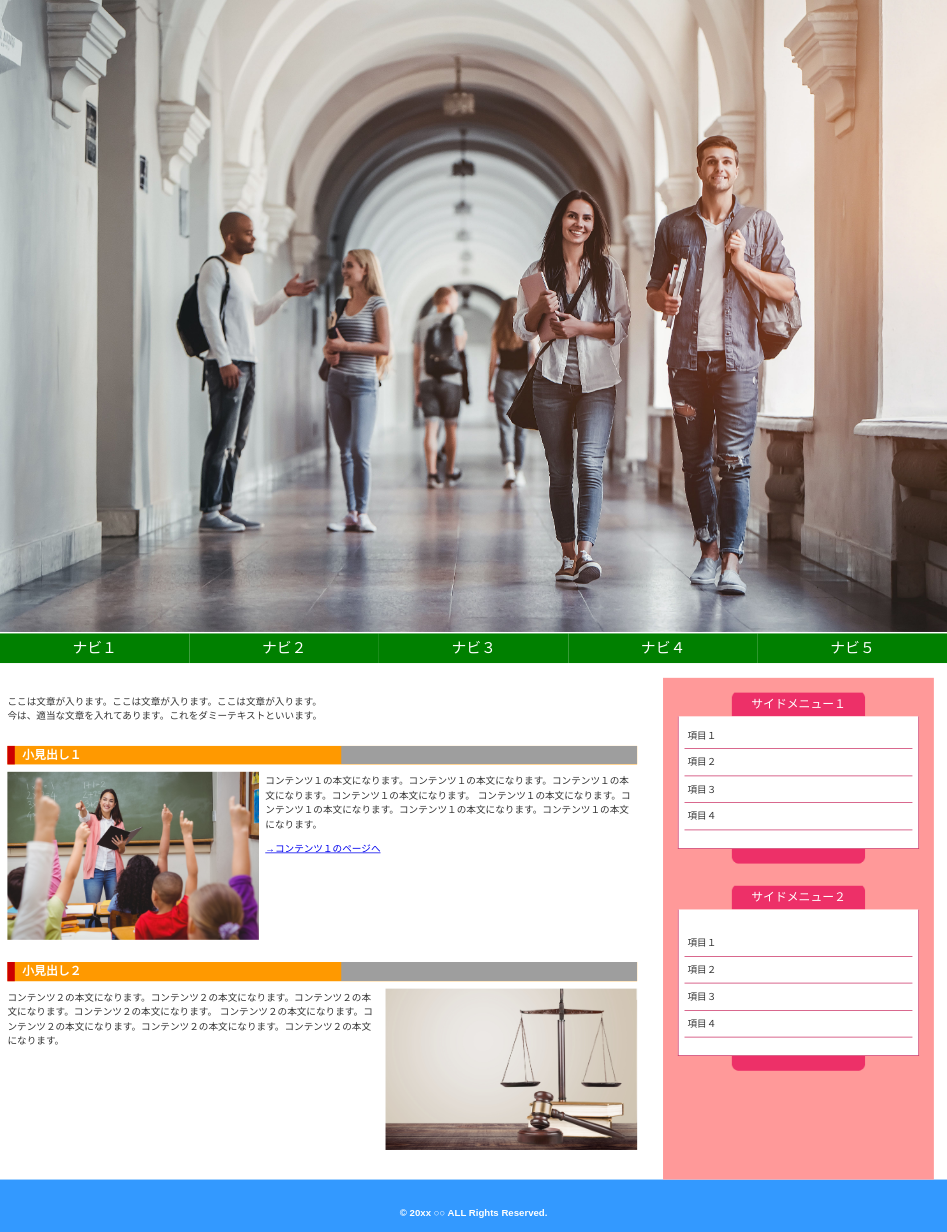
Repository: sachiko-0704/samurai_HTML-CSS
Page: http://localhost/home.html
The author's editor kept a record of every edit. The page is drawn from the files as they stood at one moment, then again after the next edit.
The browser window is 1280 px wide. The pictures show the whole page, at 74% of full size.
Pictures or frames that could not be fetched are drawn as grey boxes. The page is run by PHP 8.4 with error messages shown; the project is at /var/www/html/.

Above is the page before.

After the next edit:
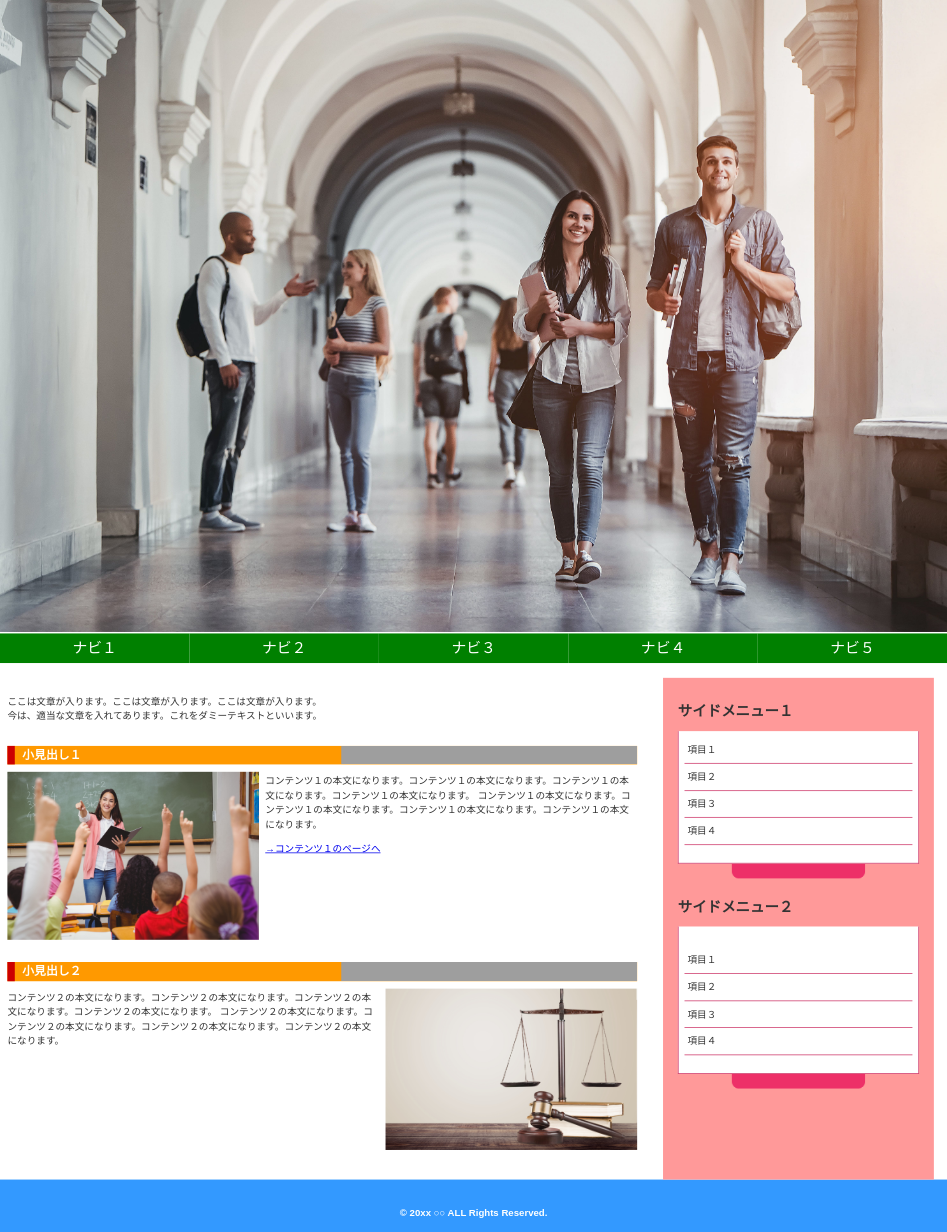
The edit:
--- a/stylesheet.css
+++ b/stylesheet.css
@@ -138,15 +138,15 @@
 	    padding: 0 0 20px 0;
 	    background: url(images/side_box.png) bottom no-repeat;
 }
-#side .box h2 {
-        margin: 0;
-        padding: 8px;
-        text-align: center;
-        color: #fff;
-        font-size: 16px;
-        line-height: 16px;
-        font-weight: normal;
-        background: url(images/side_box_h2.png) center no-repeat;
+#side.box h2 {
+	    margin: 0;
+	    padding: 8px;
+	    text-align: center;
+	    color: #fff;
+	    font-size: 16px;
+	    line-height: 16px;
+	    font-weight: normal;
+	    background: url(images/side_box_h2.png) center no-repeat;
 }
 #side .box .boxBody {
         padding: 8px;

After the edit that followed:
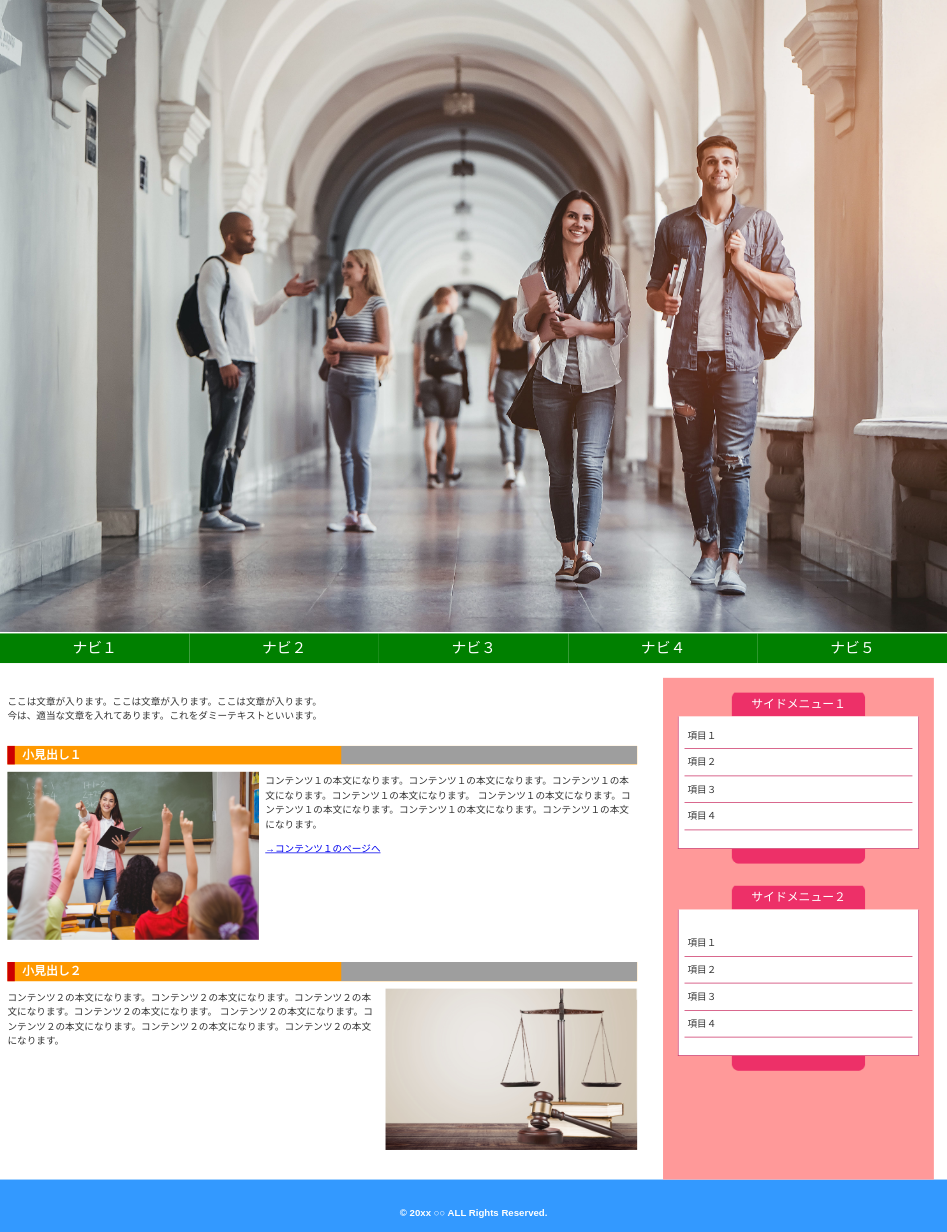
The edit:
--- a/stylesheet.css
+++ b/stylesheet.css
@@ -129,31 +129,31 @@
 }
 
 #side {
-        width: 85%;
-	    padding: 20px;
-	    background-color: #F99;
+    width: 85%;
+	padding: 20px;
+	background-color: #F99;
 }
 #side .box {
-	    margin: 0 auto 30px auto;
-	    padding: 0 0 20px 0;
-	    background: url(images/side_box.png) bottom no-repeat;
+    margin: 0 auto 30px auto;
+	padding: 0 0 20px 0;
+	background: url(images/side_box.png) bottom no-repeat;
 }
-#side.box h2 {
-	    margin: 0;
-	    padding: 8px;
-	    text-align: center;
-	    color: #fff;
-	    font-size: 16px;
-	    line-height: 16px;
-	    font-weight: normal;
-	    background: url(images/side_box_h2.png) center no-repeat;
+#side .box h2 {
+	margin: 0;
+	padding: 8px;
+	text-align: center;
+	color: #fff;
+	font-size: 16px;
+	line-height: 16px;
+	font-weight: normal;
+	background: url(images/side_box_h2.png) center no-repeat;
 }
 #side .box .boxBody {
-        padding: 8px;
-        border-right: solid 1px #C36;
-        border-bottom: solid 1px #C36;
-        border-left: solid 1px #C36;
-        background: #fff;
+	padding: 8px;
+	border-right: solid 1px #C36;
+	border-bottom: solid 1px #C36;
+	border-left: solid 1px #C36;
+	background: #fff;
 }
 #side .box .boxBody ul {
         margin: 0 0 16px 0;
